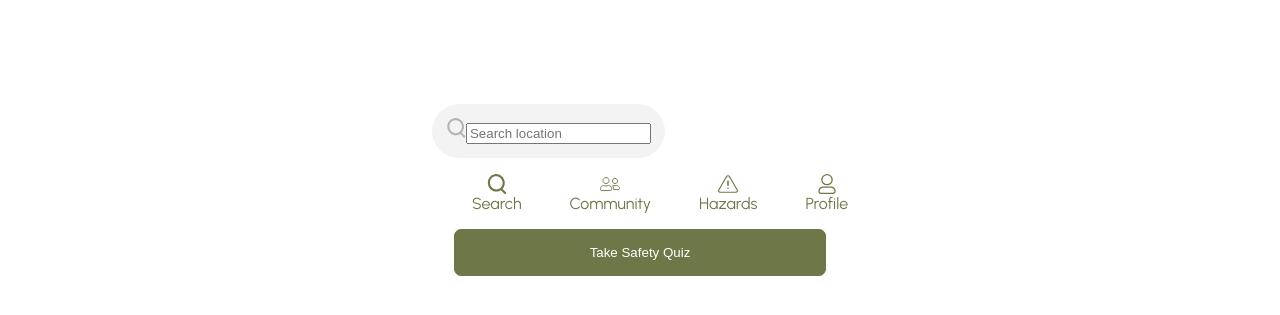
Repository: Aladdin3r/SafeCycle
Page: /
The author's editor kept a copy of each file at every save. The page is drawn from the files as they stood at one save, then again after the next save.
The browser window is 1280 px wide. The pictures show the whole page.
The project was rebuilt for these pictures with package versions that can differ from the ones it lists, and the page was loaded fresh each time. The framework's server and built-in components were replaced by stand-ins that run in the browser.

Above is the page before, as saved 2024-04-15 11:21:42.

After the next save:
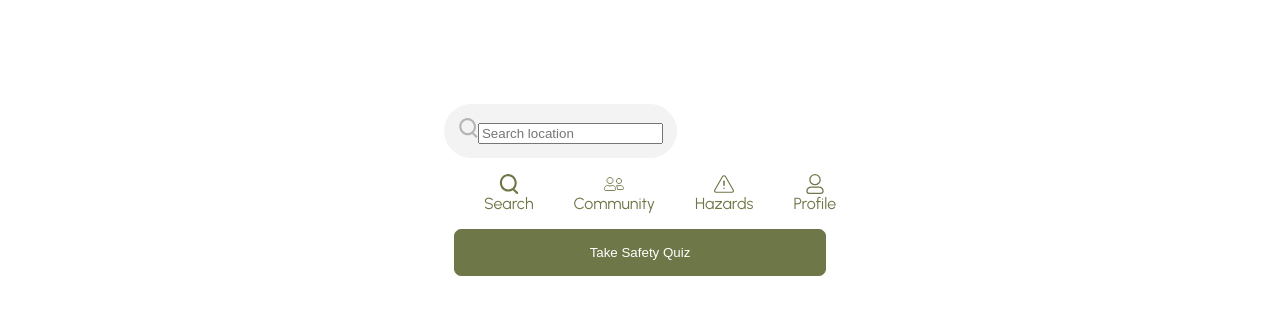
Saved 6 s later.
--- a/components/NavBar/NavBar.module.css
+++ b/components/NavBar/NavBar.module.css
@@ -15,7 +15,7 @@
 .navigation ul{
     display: flex;
     flex-direction: row;
-    gap: 3em;
+    gap: 2.5em;
     list-style-type: none;
     background-color: white;
     color: var(--button-color);
